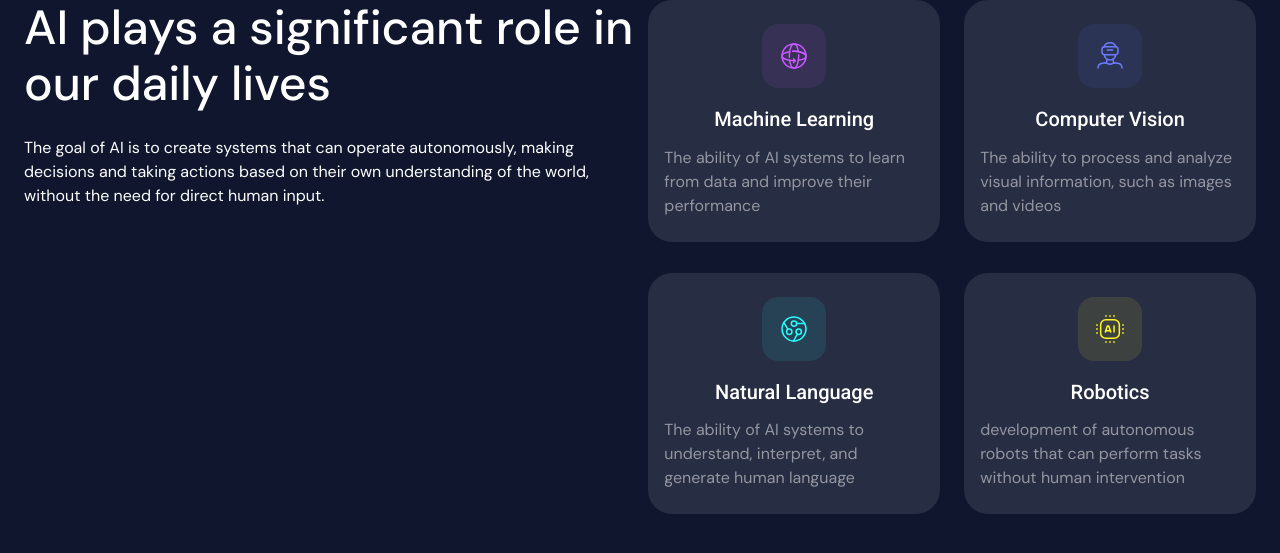
Repository: alphatra/INVO-Academy
Page: / (app in [lvl 1] Sekcja 4 obszarów AI/Starter-code/)
An editor plug-in stored every save of this project. The page is shown before and after the next save, followed by the edit.
The browser window is 1280 px wide. The pictures show the whole page.
The project was rebuilt for these pictures with package versions that can differ from the ones it lists, and the page was loaded fresh each time.

Above is the page before, as saved 2023-02-24 13:22:17.
Console error: TypeError: Cannot read properties of null (reading 'addEventListener')

### [lvl 1] Sekcja 4 obszarów AI/Starter-code/index.html
<!DOCTYPE html>
<html lang="en">

<head>
  <meta charset="UTF-8" />
  <link rel="icon" type="image/svg+xml" href="/vite.svg" />
  <meta name="viewport" content="width=device-width, initial-scale=1.0" />
  <title>INVO Academy JS Starter with Vite</title>
</head>

<!-- In order to start your challenge, remove all the content inside <div id="home-page"></div> and start coding :) -->

<body>
  <main>
    <section class="header">
      <div class="header__text">
        <h1>AI plays a significant role in our daily lives</h1>
        <span>The goal of AI is to create systems that can operate
          autonomously, making decisions and taking actions based on
          their own understanding of the world, without the need for direct human input.</span>
      </div>
    </section>

    <section class="categories">

      <div class="categories__category">
        <div class="categories__image">
          <img src="/public/images/ML.svg" alt="Machine Learning">
        </div>
        <h4>Machine Learning</h4>
        <span>The ability of AI systems to learn from data and improve their performance</span>
      </div>
      <div class="categories__category">
        <div class="categories__image">
          <img src="/public/images/CV.svg" alt="Computer Vision">
        </div>
        <h4>Computer Vision</h4>
        <span>The ability to process and analyze visual information, such as images and videos</span>
      </div>
      <div class="categories__category">
        <div class="categories__image">
          <img src="/public/images/NL.svg" alt="Natural Language">
        </div>
        <h4>Natural Language</h4>
        <span> The ability of AI systems to understand, interpret, and generate human language</span>
      </div>
      <div class="categories__category">
        <div class="categories__image">
          <img src="/public/images/AI.svg" alt="Robotics">
        </div>
        <h4>Robotics</h4>
        <span>development of autonomous robots that can perform tasks without human intervention</span>
      </div>
    </section>
  </main>


  <script type="module" src="/src/global-scripts/main.js"></script>
  <script type="module" src="/src/pages/home-page/scripts/home-page.js"></script>
</body>

</html>

### [lvl 1] Sekcja 4 obszarów AI/Starter-code/src/pages/home-page/scripts/home-page.js
/// Homepage JavaScript File
/// Here we import all the JavaScript files we need for our homepage.

import '../styles/home-page.scss'

import { setupCounter } from '../../../global-scripts/scripts/counter/counter.js'

setupCounter(document.querySelector('#counter'))

### [lvl 1] Sekcja 4 obszarów AI/Starter-code/src/global-styles/style.scss
/// Main Styles File
/// Here we import all the global Styles files we need for our project.

@import "styles/normalize.scss";
@import "styles/root.scss";
@import "styles/fonts.scss";

body {
  font-family: 'Roboto', sans-serif;
  color: var(--color-primary);
}

p {
  color: var(--color-on-surface);
}

### [lvl 1] Sekcja 4 obszarów AI/Starter-code/src/pages/home-page/styles/home-page.scss
    /// Homepage Styles File
    /// Here we import all the Styles files we need for our Homepage.

    body {
        background-color: #0F162D;
    }

    h1,
    p,
    span {
        font-family: 'DM Sans', sans-serif;
        color: white;
    }

    main {
        padding: 0 24px;
        display: flex;
        align-items: flex-start;

    }

    .header {
        &__text {
            h1 {
                margin-block-start: 0;
                font-size: 48px;
                line-height: 56px;
                font-weight: 500;
                letter-spacing: -0.002em;
                margin-bottom: 24px
            }

            span {
                font-size: 16px;
                line-height: 24px;
                font-weight: 400;
            }

        }
    }

    .categories {
        display: grid;
        grid-template-columns: repeat(2, 1fr) ;
        column-gap: 24px;
        row-gap: 31px;

        &__category {
            background: #272D42;
            border-radius: 24px;
            color: white;
            padding-top: 24px;
            padding-bottom: 24px;
            padding-left: 16px;
            padding-right: 16px;

            *{
                text-align: center;
            }

            h4 {
                text-align: center;
                font-size: 20px;
                line-height: 0px;
                font-weight: 500;
            }

            span {
                text-align: center;
                font-size: 16px;
                line-height: 24px;
                font-weight: 400;
                opacity: 0.5;
            }
        }
    }

### [lvl 1] Sekcja 4 obszarów AI/Starter-code/src/global-scripts/scripts/counter/counter.js
/// Sample js file for demo purposes
/// Remember to always export your functions
/// so that they can be used in other files

export function setupCounter(element) {
  let counter = 0
  const setCounter = (count) => {
    counter = count
    element.innerHTML = `script test - count is ${counter}`
  }
  element.addEventListener('click', () => setCounter(counter + 1))
  setCounter(0)
}

### [lvl 1] Sekcja 4 obszarów AI/Starter-code/src/global-styles/styles/root.scss
/// Root Styles file
/// Here we define all the root variables we need for our project.
/// For examples see Material Design color system: https://m2.material.io/design/color/the-color-system.html

:root {
    --color-primary: #5721f2;
    --color-on-surface: #000;
}

### [lvl 1] Sekcja 4 obszarów AI/Starter-code/src/global-styles/styles/fonts.scss
/// Main Fonts File
/// Here we import all the fonts files we need for our project.

@import url('https://fonts.googleapis.com/css2?family=Roboto:ital,wght@0,100;0,300;0,400;0,500;0,700;0,900;1,100;1,300;1,400;1,500;1,700;1,900&display=swap');
@import url('https://fonts.googleapis.com/css2?family=DM+Sans:wght@400;500&display=swap');

Loaded but not shown: [lvl 1] Sekcja 4 obszarów AI/Starter-code/src/global-scripts/main.js (common file); [lvl 1] Sekcja 4 obszarów AI/Starter-code/src/global-styles/styles/normalize.scss (common file)

After the next save:
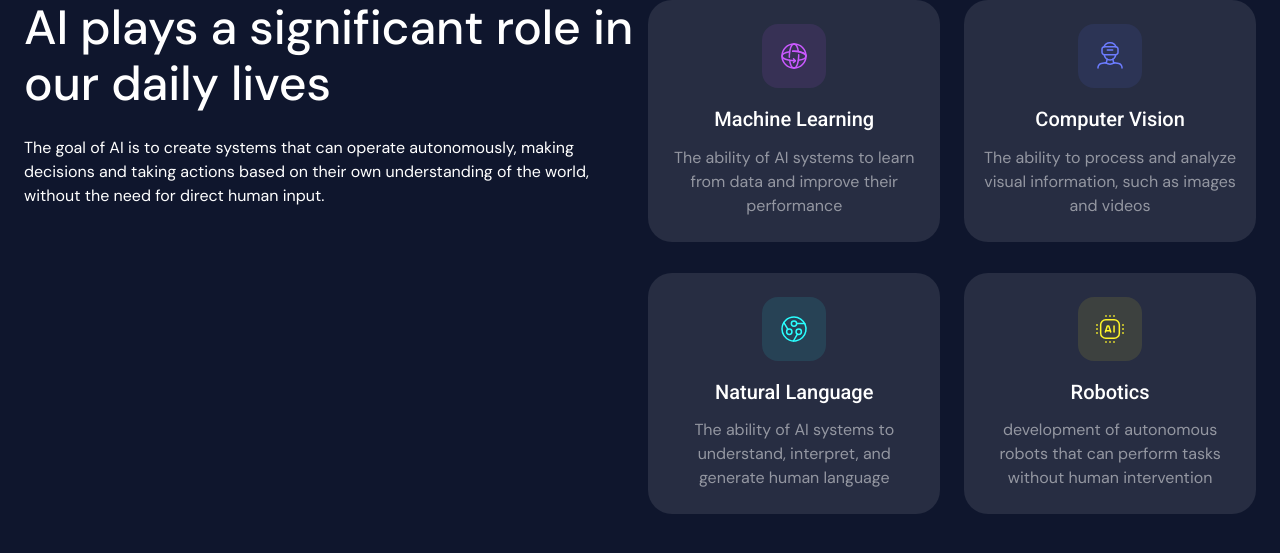
Saved 94 s later.
--- a/[lvl 1] Sekcja 4 obszarów AI/Starter-code/src/pages/home-page/styles/home-page.scss
+++ b/[lvl 1] Sekcja 4 obszarów AI/Starter-code/src/pages/home-page/styles/home-page.scss
@@ -44,6 +44,7 @@
         grid-template-columns: repeat(2, 1fr) ;
         column-gap: 24px;
         row-gap: 31px;
+        text-align: center;
 
         &__category {
             background: #272D42;
@@ -55,18 +56,15 @@
             padding-right: 16px;
 
             *{
-                text-align: center;
             }
 
             h4 {
-                text-align: center;
                 font-size: 20px;
                 line-height: 0px;
                 font-weight: 500;
             }
 
             span {
-                text-align: center;
                 font-size: 16px;
                 line-height: 24px;
                 font-weight: 400;
